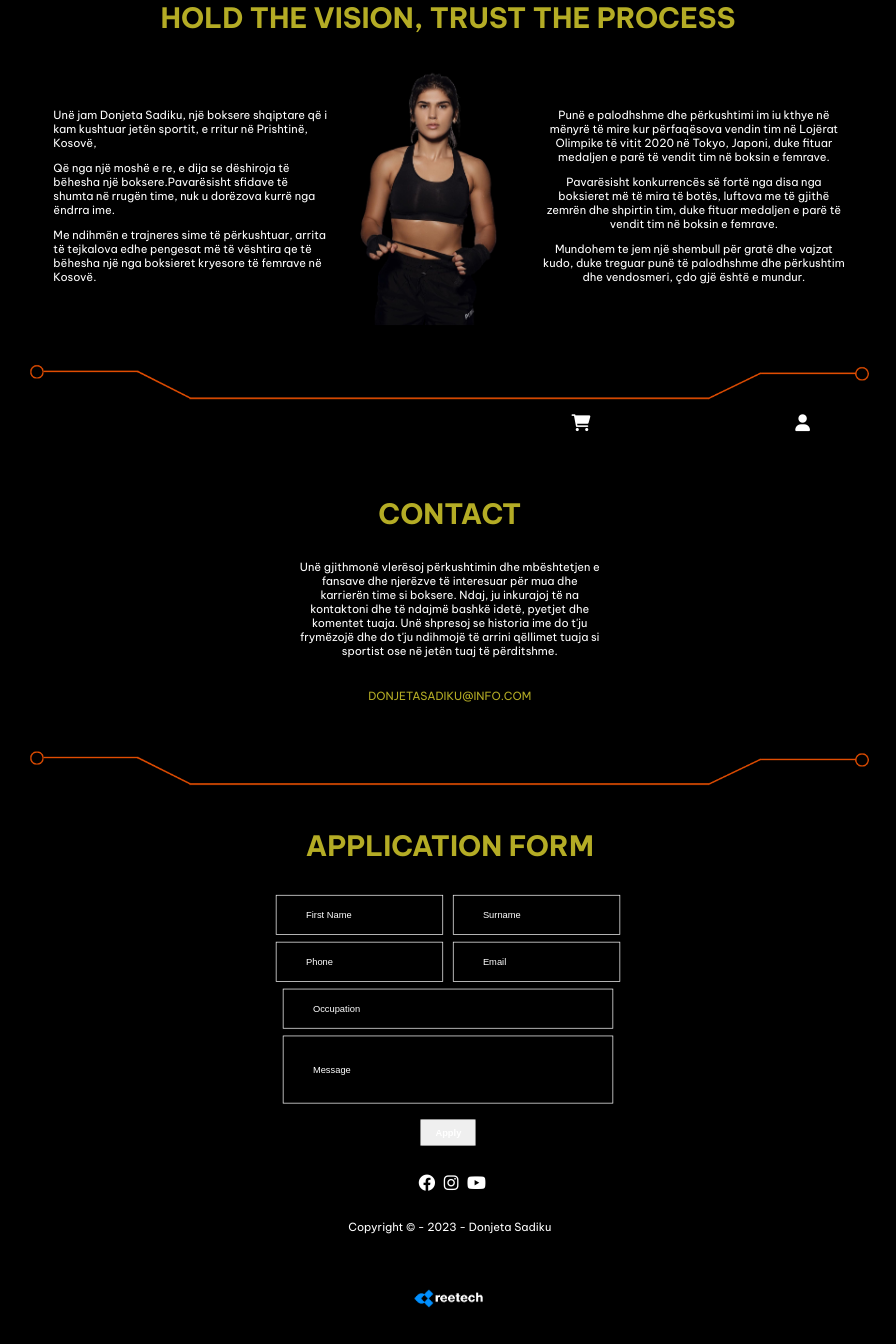
Repository: milot-morina/ds-boxing
Page: DS-Portfolio/index.html
The author's editor kept a copy of each file at every save. The page is drawn from the files as they stood at one save, then again after the next save.
The browser window is 1280 px wide. The pictures show the part of the page from y = 2128 to 4048 px (the page is 4048 px tall before and 3971 px after), at 70% of full size.
A picture or video elsewhere on the page could not be fetched, so the positions and the page height are approximate.

Above is the page before, as saved 2023-03-21 10:06:50.

### DS-Portfolio/index.html
<!DOCTYPE html>
<html lang="en">
<head>
  <meta charset="UTF-8">
  <meta http-equiv="X-UA-Compatible" content="IE=edge">
  <meta name="viewport" content="width=device-width, initial-scale=1.0">
  <title>Donjeta Sadiku</title>
  <link rel="stylesheet" href="style.css">
  <link rel="stylesheet" href="https://cdnjs.cloudflare.com/ajax/libs/font-awesome/6.0.0-beta2/css/all.min.css" integrity="sha512-YWzhKL2whUzgiheMoBFwW8CKV4qpHQAEuvilg9FAn5VJUDwKZZxkJNuGM4XkWuk94WCrrwslk8yWNGmY1EduTA==" crossorigin="anonymous" referrerpolicy="no-referrer" />
  <link rel="icon" href="logofinal.png" type="image/icon type" style="width: 100%;">
  <link href="https://fonts.googleapis.com/css2?family=Be+Vietnam+Pro:wght@400;500;700&display=swap" rel="stylesheet">
</head>
<body>

  <section class="section1" id="home">
    <video muted autoplay loop style="pointer-events: none;">
      <source src="DS-Glitch.mp4" type="video/mp4">
    </video>
    <header class="hidden3">
      <div class="container">
        <nav class="navbar">
          <div class="brand-title">
            <img src="unitetiLogoFinal.png" alt="" width="130px">
          </div>
          <a href="#" class="toggle-button">
            <span class="bar"></span>
            <span class="bar"></span>
            <span class="bar"></span>
          </a>
          <div class="navbar-links">
            <ul>
              <li><a href="#home" class="home-btn">HOME</a></li>
              <li><a href="#club" class="header-club">CLUB</a></li>
              <li><a href="#contact" class="header-link a">CONTACT</a></li>
              <li><a href="#form" class="header-link a">FORM</a></li>
            </ul>
            <div class="socials">
            <i class="fa-brands fa-facebook"><a href="https://www.youtube.com/watch?v=dQw4w9WgXcQ"></a></i>
            <i class="fa-brands fa-instagram"></i>
            <i class="fa-brands fa-youtube"></i>
            <i class="fa-brands fa-app-store-ios"></i>
          </div>
          </div>

        </nav>
      </div>
    </header>
  </section>


  <img src="separator2.png" alt="" width="100%" style="margin-top: 40px;" class="first-seperator">


  <section class="section2 container row" id="club">

    <div class="images hidden2">
      <img src="handsUp.jpg" alt="">
    </div>
    <div class="text hidden">
      <p class="section-h hidden3">HISTORIA SHKRUHET!</p>
      <p class="section2-p hidden3">Nuk ka fjalë për t'u shprehur se sa krenare isha për të përfaqësuar vendin tim në skenën dhe për të marrë medalje ne kete nivel. Ishte një ndjenjë e mrekullueshme të përfaqësosh vendin tënd dhe të ndjehesh si një ambasador i saj në arenën nderkombetare.</p>
      <p class="section2-p hidden3">Në çdo moment të kësaj përvojeje, isha e mbuluar nga emocionet për rëndësinë që kjo ngjarje kishte për popullin tim dhe për boksierët shqiptarë. Nuk ishte thjesht një fitore personale, por ishte një fitore që përfaqësoi përparimin e boksi shqiptar dhe mundësinë e një të ardhme të ndritshme për sportin në vendin tonë.</p>
      <p class="section2-p hidden3">Kur mora medaljen olimpike, ndjeva një ndjenjë të thellë krenarie dhe një ndjesi të vërtetë prej triumfi. Ishte si të isha i gjithë vendlindja ime, duke festuar këtë arritje të madhe me mua. Nuk mund të mendoja për ndonjë gjë më të rëndësishme në atë moment, dhe do të mbaj gjithmonë këtë kujtim në zemrën time.</p>

    </div>

  </section>

  <img src="separator2.png" alt="" width="100%" style="margin-top: 30px;">


  <section class="section3 container">
    <p class="section-h">MEDALJET FLASIN VET!</p>
   <div class="row">
    <div class="text hidden2">
      <p>Viti me i suksesshem ne karrieren time . Solla dy medalje nje evropiane e një botërore. Dëshmova që une Donjeta Sadiku nuk dorërzohem asnjëher përkundrazi nuk kam dyshuar asnjëherë në veten time, mirpo tani po ndihem e kompletuar nën udhëheqjen e trajneres time Marjola Sallauka .</p>
      <p>Tash e tutje luftoj vetëm për medalje Olimpike. Unë besoj në vetën time dhe ju premtoj që me përkrahjen tuaj unë do ti realizoj këto synime . Faleminderit për përkrahje familjes time, Federatës së Boksit. Faleminderit trajnerës Marjola Sallauka për mjeshtërinë që tregon me punën e saj.</p>
    </div>
    <div class="images hidden">
      <img src="DplusMar.jpg" alt="" style="max-width: 640px;">
    </div>
   </div>

  </section>








  <img src="separator2.png" alt="" width="100%" style="margin-top: 30px;">




  <section class="section4 container" id="nft">
    <p class="section-h hidden3">HOLD THE VISION, TRUST THE PROCESS</p>
    <div class="row">
      <div class="text hidden2" style="text-align: left">
        <p>Unë jam Donjeta Sadiku, një boksere shqiptare që i kam kushtuar jetën sportit, e rritur në Prishtinë, Kosovë,
        </p>
        <p>Që nga një moshë e re, e dija se dëshiroja të bëhesha një boksere.Pavarësisht sfidave të shumta në rrugën time, nuk u dorëzova kurrë nga ëndrra ime.
        </p>
        <p>Me ndihmën e trajneres sime të përkushtuar, arrita të tejkalova edhe pengesat më të vështira qe të bëhesha një nga boksieret kryesore të femrave në Kosovë.</p>
      </div>
      <div class="hidden3">
        <div class="column">
          <img src="profilePic.png" alt="" style="width: 300px;">
          <!-- <img src="shadow.png" alt="" style="width: 300px;"> -->
        </div>
      </div>
      <div class="text hidden">
        <p>Punë e palodhshme dhe përkushtimi im iu kthye në mënyrë të mire kur përfaqësova vendin tim në Lojërat Olimpike të vitit 2020 në Tokyo, Japoni, duke fituar medaljen e parë të vendit tim në boksin e femrave.</p>
        <p>Pavarësisht konkurrencës së fortë nga disa nga boksieret më të mira të botës, luftova me të gjithë zemrën dhe shpirtin tim, duke fituar medaljen e parë të vendit tim në boksin e femrave.
        </p>
        <p>
          Mundohem te jem një shembull për gratë dhe vajzat kudo, duke treguar punë të palodhshme dhe përkushtim dhe vendosmeri, çdo gjë është e mundur.
        </p>
      </div>
    </div>

  </section>

  <img src="separator2.png" alt="" width="100%" style="margin-top: 30px;">
  <!-- ktu section i ri -->
    <div class="container">

    <div class="row">

	<div class="four col-md-3">
		<div class="counter-box colored">
			<i class="fa fa-thumbs-o-up"></i>
			<span class="counter">2147</span>
			<p>Happy Customers</p>
		</div>
	</div>
	<div class="four col-md-3">
		<div class="counter-box">
			<i class="fa fa-group"></i>
			<span class="counter">3275</span>
			<p>Registered Members</p>
		</div>
	</div>
	<div class="four col-md-3">
		<div class="counter-box">
			<i class="fa  fa-shopping-cart"></i>
			<span class="counter">289</span>
			<p>Available Products</p>
		</div>
	</div>
	<div class="four col-md-3">
		<div class="counter-box">
			<i class="fa  fa-user"></i>
			<span class="counter">1563</span>
			<p>Saved Trees</p>
		</div>
	</div>
  </div>
</div>


  <!-- perfunduon -->

  <section class="section5 container" id="contact">
    <div class="text">
      <p class="section-h">CONTACT</p>
      <p>Unë gjithmonë vlerësoj përkushtimin dhe mbështetjen e fansave dhe njerëzve të interesuar për mua dhe karrierën time si boksere. Ndaj, ju inkurajoj të na kontaktoni dhe të ndajmë bashkë idetë, pyetjet dhe komentet tuaja. Unë shpresoj se historia ime do t'ju frymëzojë dhe do t'ju ndihmojë të arrini qëllimet tuaja si sportist ose në jetën tuaj të përditshme.</p>
      <p style="color: #B4AC25; margin-top: 45px;">DONJETASADIKU@INFO.COM</p>
    </div>
  </section>






 <img src="separator2.png" alt="" width="100%" style="margin-top: 30px;">

  <section class="section6 container" id="form">
    <div class="text">
      <p class="section-h">APPLICATION FORM</p>
    </div>
    <form action="#">
      <div class="form-row">
        <input type="text" placeholder="First Name">
        <input type="text"placeholder="Surname">
      </div>
      <div class="form-row">
        <input type="text" placeholder="Phone">
        <input type="email" placeholder="Email">
      </div>
      <div class="long-inputs-form">
        <input type="text" placeholder="Occupation"><br>
        <input type="text" placeholder="Message" style="padding-block: 40px;">
      </div>
    </form>
    <button class="home-btn">Apply</button>
    <div class="socials" style="margin-block: 40px;">
      <a href="https://www.facebook.com/your-page"><i class="fa-brands fa-facebook"></i></a>
      <a href="https://www.instagram.com/donjetasadikuofficial/"><i class="fa-brands fa-instagram"></i></a>
      <a href="https://www.youtube.com/channel/your-channel"><i class="fa-brands fa-youtube"></i></a>
      <!-- <a href="https://apps.apple.com/your-app"><i class="fa-brands fa-app-store-ios"></i></a> -->
    </div>


    <div class="text" style="margin-bottom: 40px;">
      <p>Copyright © - 2023 - Donjeta Sadiku </p>
    </div>


    <div style="background-color: rgba(0, 0, 0, 0.2); display: flex; justify-content: center; align-items: center;">
      <a class="navbar-brand" href="https://www.reetech.ch/">
        <img src="reetech.png" width="185" height="105" class="d-inline-block align-top" alt="">
      </a>
    </div>

  </section>




  <script src="script.js"></script>
</body>
</html>

### DS-Portfolio/style.css
html {
  scroll-behavior: smooth;
  transition: 2s;
  overflow-x: hidden;
}

body {
  text-align: center;
  overflow-x: hidden;
  font-family: 'Be Vietnam Pro', sans-serif;
  background-color: black;
}

/* header----*/





header {
  background-color: transparent;
  width: 100%;
  position: absolute;
  top: 0;
  left: 0;

  z-index: 100;
}


.navbar {
  display: flex;
  flex-direction: column;
  justify-content: space-between;
  align-items: flex-start;
  color: black;
}



.navbar-links {
  width: 100%;
  display: none;
}

.navbar-links ul {
  margin: 0;
  padding: 0;
  display: flex;
  flex-direction: column;
  width: 100%;
  text-align: center;
}

.navbar-links li {
  list-style: none;
  font-size: 15px;

}

.navbar-links li a {
  text-decoration: none;
  color: white;

  display: block;
}


.toggle-button {
  position: absolute;
  top: .75rem;
  right: 1rem;
  display: flex;
  flex-direction: column;
  justify-content: space-between;
  width: 31px;
  height: 21px;
}

.bar {
  width: 100%;
  height: 3px;
  background-color: white;
  border-radius: 10px;
}

.navbar-links.active {
  display: flex;
  flex-direction: column;
  background-color: transparent;
}

i {
  color: white;
}

i:hover {
  color: #B4AC25;
  cursor: pointer;
}



video {
  width: 100%;
  position: relative;
  height: auto;
  pointer-events: none;
  display: none;
}



.socials {
  width: 47%;
  display: block;
  margin: 5px auto;
  text-align: center;
}

i {
  margin-left: 12px;
  font-size: 24px;
}


.header-club {
  color: white;
  padding-inline: 10px;
  margin-top: 5px;
  max-width: 80px;
  display: block;
  margin-inline: auto;
  font-weight: 700;
}


.header-club:hover {
  color: white;
  border-color: #B4AC25;

}

.home-btn {
  color: white;
  padding-inline: 10px;
  margin-top: 5px;
  max-width: 80px;
  display: block;
  margin-inline: auto;
  font-weight: 700;
}

.home-btn:hover {
  color: white;
  border-color: white;
  background-color: transparent;
  cursor: pointer;
}


.header-link {
  color: white;
  padding-inline: 10px;
  margin-top: 5px;
  max-width: 80px;
  display: block;
  margin-inline: auto;
  font-weight: 700;
}

.header-link:hover {
  color: #B4AC25;
}

a {
  position: relative;
}

a::after {
  content: " ";
  position: absolute;
  background-color: #B4AC25;
  height: 3px;
  width: 0;
  left: 0;
  bottom: -10px;
  transition: 0.3s;
}

a:hover::after {
  width: 100%;
}





/*---------------header-----------*/




/*---------------------- collapsible table ------------------------*/

.main-collapsible {
  background-color: transparent;
  color: black;
  width: 100%;
  margin-inline: auto;
  margin-block: 120px 40px;
}



.container-collapsible {
  width: 100%;
  margin: 0 auto;
  display: flex;
  flex-direction: column;
  align-items: center;
}


hr {
  background-color: white;
  width: 90%;
  display: block;
  margin-inline: auto;
}



.collapsible-button {
  background-color: rgb(24, 24, 24);
  color: gray;
  cursor: pointer;
  padding: 5px;
  width: 93%;
  border-bottom: 1px solid white;
  display: flex;
  align-items: center;
  justify-content: space-between;
  text-align: left;
  outline: none;
  font-size: 15px;
  border: none;
}





.button-name-collapsible {
  color: white;
  text-align: left;
  outline: none;
  font-size: 16px;

}


.button-name-collapsible:hover {
  color: #B4AC25;
}



.collapsible-button:after {
  content: '\002B';
  color: white;
  font-weight: bold;
  float: right;
  margin-left: 5px;
  font-size: 24px;
}

.collapsible-button:hover::after{
  color: #B4AC25;
}

.active:after {
  content: "\2212";
}

.content {
  width: 93%;
  max-height: 0;
  overflow: hidden;
  transition: max-height 0.2s ease-out;
  background-color:  rgb(24, 24, 24);
  color: white;
  margin-bottom: 10px;
}

/*---------------------- collapsible table ------------------------*/



/*----------animations------------*/

.hidden {
  opacity: 0;
  filter: blur(2px);
  transform: translateX(60%);
  transition: all 700ms;
}


.hidden2 {
  opacity: 0;
  filter: blur(2px);
  transform: translateX(-60%);
  transition: all 700ms;
}

.hidden3 {
  opacity: 0;
  filter: blur(2px);
  transform: translateY(-5%);
  transition: all .7s;
}



.show {
  opacity: 1;
  filter: blur(0);
  transform: translateX(0);
}


@media(prefers-reduced-motion) {
  .hidden {
    transition: none;
  }
}

/*--------------animations------------------*/


/*---------main---------------*/

body {
  background-color: black;

}


.container {
  width: 90%;
  margin: 0 auto;
}



.first-seperator {
  display: none;
}

@media(min-width: 687px) and (max-width: 900px) {
  .column {
    display: flex;
    flex-direction: column;
    width: 100%;
    margin-left: 28%;
  }
}


.row2 {
  display: flex;
  align-items: center;
  justify-content: space-between;
}

.section2 {
  margin-top: 70px;
}

.section2 img {
  width: 80%;
  max-width: 500px;
  display: block;
  margin-inline: auto;
}

.text {
  color: white;
  max-width: 440px;
  display: block;
  margin-inline: auto;
}

.text p {
  font-weight: 400;
  margin-left: 5px;
}

.text .section-h,
.section-h {
  font-size: clamp(2.15rem, 2.5rem, 3.2rem);
  color: #B4AC25;
  font-weight: 700;
}

.images img {
  max-width: 550px;
  width: 100%;
}

.section3 .images img {
  width: 100%;
}


input {
  background-color: transparent;
  color: white;
  border: 1px solid white;
  padding: 20px 30px;
  margin: 5px;
  max-width: 410px;
}

input::placeholder {
  color: white;
  padding: 12px;
}

.long-inputs-form > input{
  width: 170px;
}

.section6 button{
  margin-top: 17px;
  padding: 10px 20px;
}

.section6 .socials{
  justify-content: center;
}



@media (min-width: 555px) {
  video {
    display: block;
  }

  .long-inputs-form > input{
    width: 470px;
  }

}


@media(min-width: 865px) {


  .toggle-button {
    display: none;
  }

  .navbar {
    flex-direction: row;
    align-items: center;
    justify-content: space-between;
  }

  .navbar-links  {
    display: flex;
    width: 100%;
    align-items: center;
  }

  .navbar-links ul {
    flex-direction: row;
    justify-content: center;
  }

  .navbar-links.active {
    flex-direction: row;
  }

  .socials {
    width: 6%;
    display: flex;
    justify-content: right;
  }

  .header-club {
    margin-left: 14px;
  }

}





@media (min-width: 900px) {
  .row {
    display: flex;
    justify-content: space-between;
    align-items: center;
  }

  .div {
    display: flex;
    justify-content: space-between;
    align-items: center;
    width: 100%;
    margin: 0 auto;
  }


  .long-inputs-form > input{
    width: 470px;
  }

}







/*---------------main-------------*/

### DS-Portfolio/script.js
const toggleButton = document.getElementsByClassName('toggle-button')[0]
const navbarLinks = document.getElementsByClassName('navbar-links')[0]

toggleButton.addEventListener('click', () => {
  navbarLinks.classList.toggle('active')
})





const observer = new IntersectionObserver((entries) => {
  entries.forEach((entry) => {
    console.log(entry)
    if (entry.isIntersecting) {
      entry.target.classList.add('show')
    } else {
      entry.target.classList.remove('show')
    }
  })
})

const hiddenElements = document.querySelectorAll('.hidden')
const hiddenElements2 = document.querySelectorAll('.hidden2')
const hiddenElements3 = document.querySelectorAll('.hidden3')
hiddenElements.forEach((el) => observer.observe(el))
hiddenElements2.forEach((el) => observer.observe(el))
hiddenElements3.forEach((el) => observer.observe(el))






//collapbsibleTable
let coll = document.getElementsByClassName("collapsible-button");
let i;

for (i = 0; i < coll.length; i++) {
  coll[i].addEventListener("click", function() {
    this.classList.toggle("active");
    let content = this.nextElementSibling;
    if (content.style.maxHeight){
      content.style.maxHeight = null;
    } else {
      content.style.maxHeight = content.scrollHeight + "px";
    }
  });
}

After the next save:
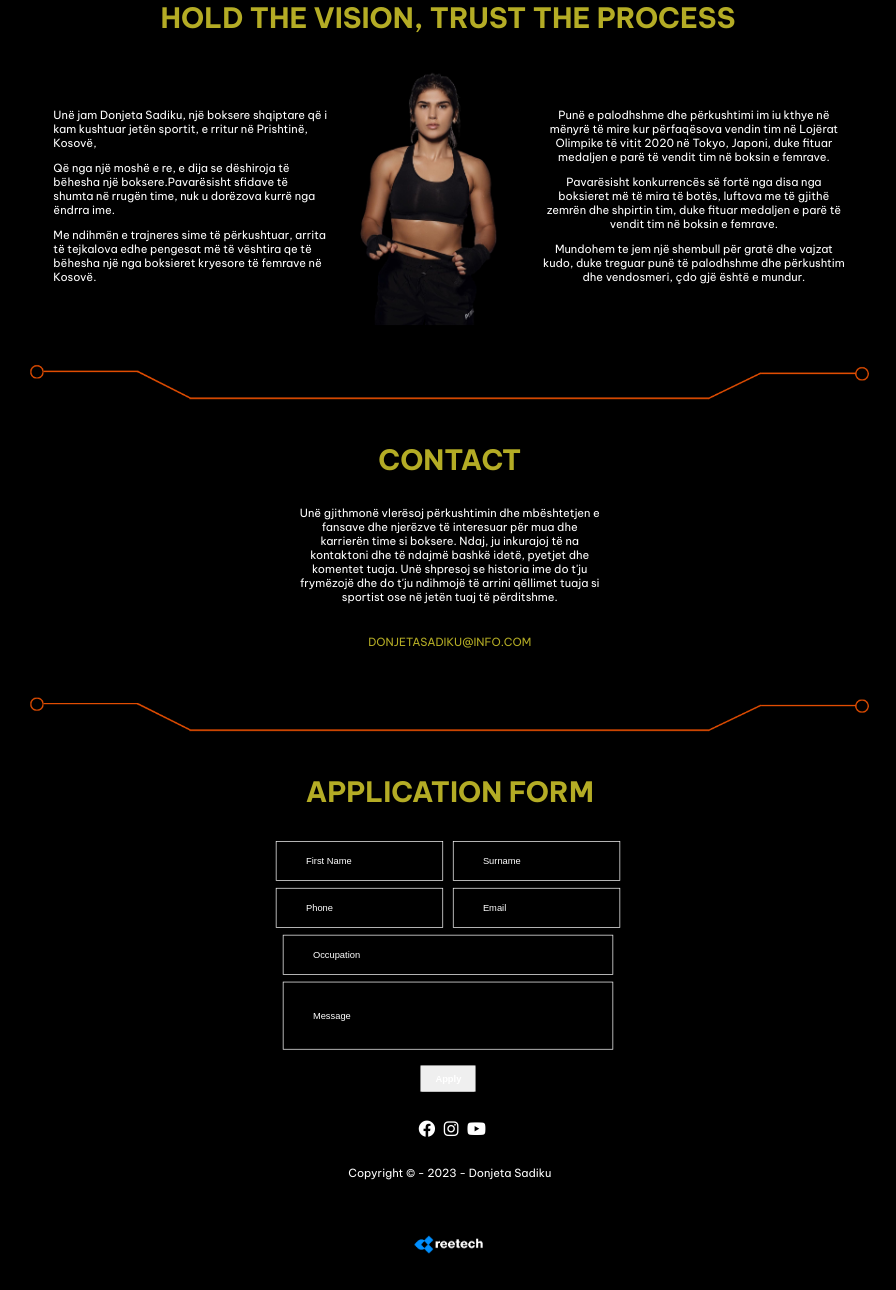
Saved 16 s later.
--- a/DS-Portfolio/index.html
+++ b/DS-Portfolio/index.html
@@ -125,40 +125,7 @@
 
   <img src="separator2.png" alt="" width="100%" style="margin-top: 30px;">
   <!-- ktu section i ri -->
-    <div class="container">
 
-    <div class="row">
-
-	<div class="four col-md-3">
-		<div class="counter-box colored">
-			<i class="fa fa-thumbs-o-up"></i>
-			<span class="counter">2147</span>
-			<p>Happy Customers</p>
-		</div>
-	</div>
-	<div class="four col-md-3">
-		<div class="counter-box">
-			<i class="fa fa-group"></i>
-			<span class="counter">3275</span>
-			<p>Registered Members</p>
-		</div>
-	</div>
-	<div class="four col-md-3">
-		<div class="counter-box">
-			<i class="fa  fa-shopping-cart"></i>
-			<span class="counter">289</span>
-			<p>Available Products</p>
-		</div>
-	</div>
-	<div class="four col-md-3">
-		<div class="counter-box">
-			<i class="fa  fa-user"></i>
-			<span class="counter">1563</span>
-			<p>Saved Trees</p>
-		</div>
-	</div>
-  </div>
-</div>
 
 
   <!-- perfunduon -->
